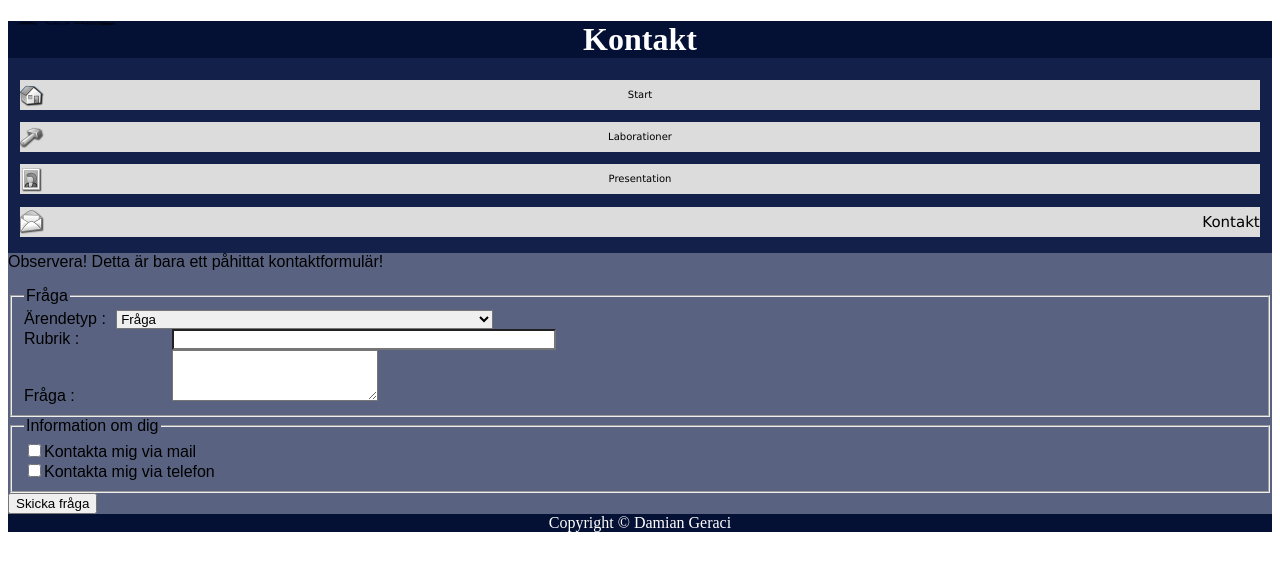
Repository: dg222dm/1ik415-laborationer
Page: pages/kontakt.html
The author's editor kept a record of every edit. The page is drawn from the files as they stood at one moment, then again after the next edit.
The browser window is 1280 px wide. The pictures show the whole page.

Above is the page before.

After the next edit:
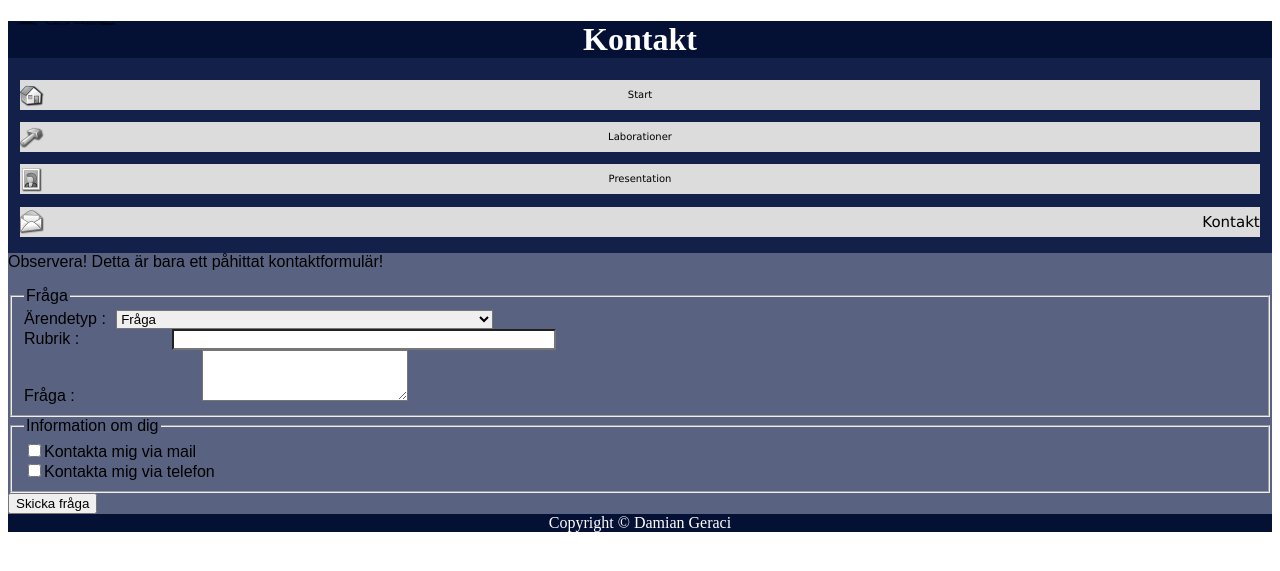
The edit:
--- a/css/mobile.css
+++ b/css/mobile.css
@@ -138,7 +138,7 @@
     width:30.57%;
     max-height:100px;
     border-radius:0.48%;
-    margin-left:7.5%;
+    margin-left:10%;
 }
 
 #text3 {
